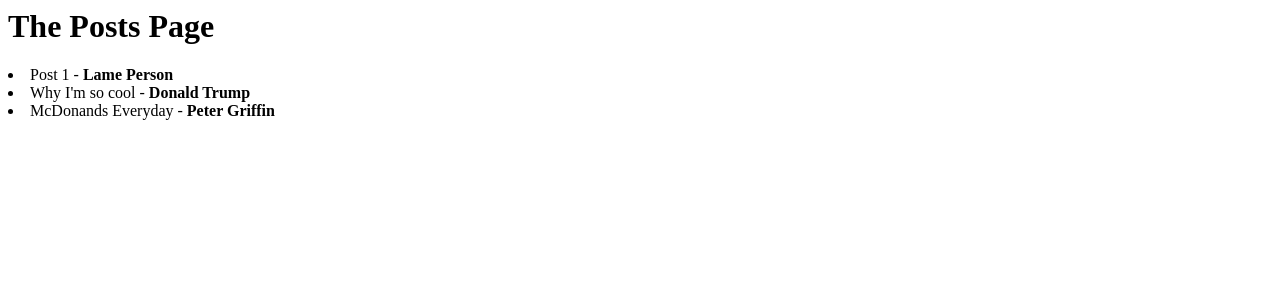
Repository: Patrick-Erath/Aplusmazing
Page: http://localhost/posts
The author's editor kept a record of every edit. The page is drawn from the files as they stood at one moment, then again after a run of edits.
The browser window is 1280 px wide. The pictures show the whole page.
The page is served by the project's Node server (MoreExpress/EJSDemo/app.js).

Above is the page before.

### workspace/MoreExpress/EJSDemo/views/posts.ejs
<h1>The Posts Page</h1>

<% for(var i=0; i<posts.length;i++){ %>
    <li>
        <%= posts[i].title %> - <strong><%= posts[i].author%></strong>
    </li>
<% } %>

### workspace/MoreExpress/EJSDemo/app.js
var express = require("express");
var app = express();


app.use(express.static("public"));

app.get("/",function(req, res){
    res.render("home.ejs");
    res.send("<h1>Welcome to the home page!</h1>");
});

app.get("/fallinlovewith/:thing", function(req, res){
    var thing = req.params.thing;
    res.render("love.ejs", {thingVar: thing});
});

app.get("/posts", function(req,res){
    var posts = [
        {title:"Post 1", author:"Lame Person"},
        {title:"Why I'm so cool", author:"Donald Trump"},
        {title:"McDonands Everyday", author:"Peter Griffin"}
        ];

    res.render("posts.ejs", {posts: posts})

});

app.listen(process.env.PORT, process.env.IP, function(){
    console.log("Server Launched");
});

After the next 5 edits:
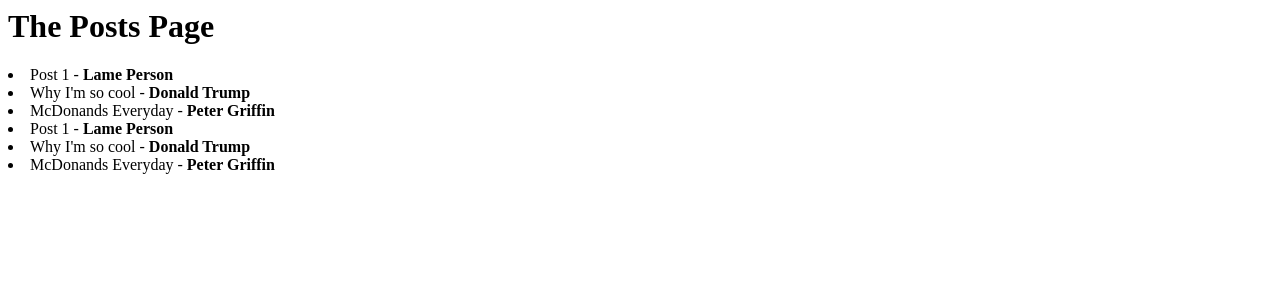
The 5 edits are shown as one change because 4 did not build or start.
The edit:
--- a/workspace/MoreExpress/EJSDemo/views/posts.ejs
+++ b/workspace/MoreExpress/EJSDemo/views/posts.ejs
@@ -5,3 +5,10 @@
         <%= posts[i].title %> - <strong><%= posts[i].author%></strong>
     </li>
 <% } %>
+
+<% posts.forEach(function(posts){  %>
+    <li>
+        <%= posts.title %> - <strong><%= posts.author%></strong>
+    </li>
+
+<% });  %>
